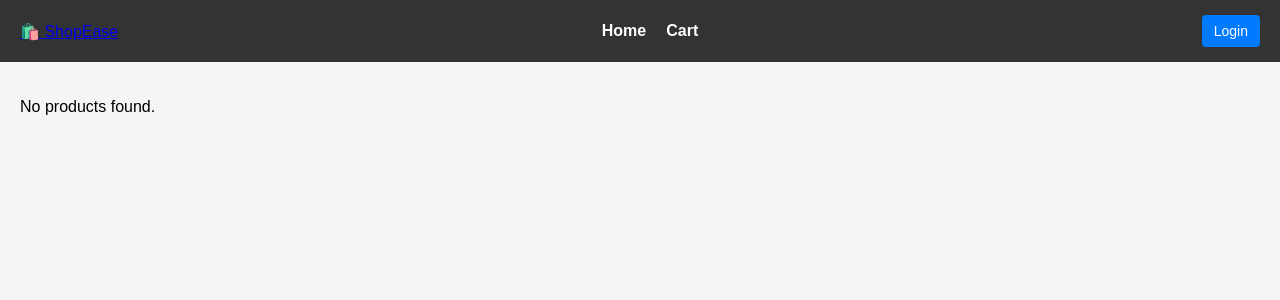
Repository: Hitesh8980/shop
Page: / (app in ecommerce-frontend/)
These files come from the project's save history. The page is drawn as it stood at one moment and after the next save; the edit follows.
The browser window is 1280 px wide. The pictures show the whole page.
The page's requests for data from a server got no answer. The project was rebuilt for these pictures with package versions that can differ from the ones it lists, and the page was loaded fresh each time. No one was signed in, and anything a server would have sent is missing. Also part of the build but not shown: ecommerce-frontend/vite.config.js, ecommerce-frontend/src/pages/Cart.jsx, ecommerce-frontend/src/utils/api.js, ecommerce-frontend/src/utils/razorpay.js, ecommerce-frontend/src/utils/auth.js, ecommerce-frontend/src/pages/Checkout.jsx, ecommerce-frontend/src/pages/Login.jsx, ecommerce-frontend/src/components/ProtectedRoute.jsx and 1 more.

Above is the page before, as saved 2025-03-18 20:57:34.

After the next save:
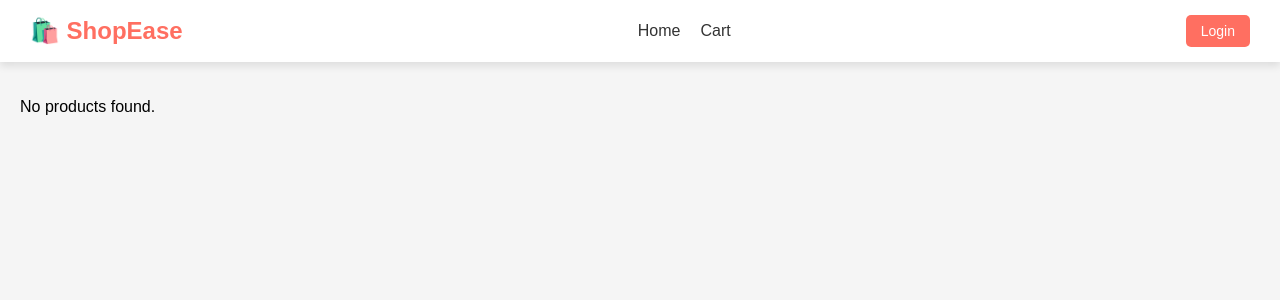
Saved 30 s later.
--- a/ecommerce-frontend/src/index.css
+++ b/ecommerce-frontend/src/index.css
@@ -7,47 +7,99 @@ body {
 }
 
 /* Navbar Styles */
+/* Navbar Container */
 .navbar {
   display: flex;
   justify-content: space-between;
   align-items: center;
-  background-color: #333;
-  padding: 15px 20px;
-  color: white;
+  background-color: #ffffff;
+  padding: 15px 30px;
+  box-shadow: 0px 4px 8px rgba(0, 0, 0, 0.1);
+  position: sticky;
+  top: 0;
+  z-index: 1000;
+}
+
+/* Logo */
+.logo a {
+  font-size: 24px;
+  font-weight: bold;
+  color: #ff6f61;
+  text-decoration: none;
+}
+
+/* Navigation Links */
+.nav-links {
+  display: flex;
+  gap: 20px;
 }
 
 .nav-links a {
-  margin-right: 20px;
+  font-size: 16px;
+  color: #333;
   text-decoration: none;
-  color: white;
-  font-weight: bold;
+  transition: color 0.3s ease-in-out;
 }
 
 .nav-links a:hover {
   color: #ff6f61;
 }
 
-.login-button, .logout-button {
-  padding: 8px 12px;
-  border: none;
-  background-color: #007bff;
-  color: white;
-  cursor: pointer;
-  font-size: 14px;
-  border-radius: 4px;
-}
-
+/* Cart Badge */
+.cart-link {
+  position: relative;
+}
+
+.cart-badge {
+  position: absolute;
+  top: -5px;
+  right: -10px;
+  background-color: red;
+  color: white;
+  font-size: 12px;
+  font-weight: bold;
+  border-radius: 50%;
+  padding: 3px 7px;
+}
+
+/* Auth Section */
+.auth-section {
+  display: flex;
+  align-items: center;
+  gap: 15px;
+}
+
+/* Buttons */
+.login-button,
 .logout-button {
-  background-color: #dc3545;
-}
-
-.login-button:hover {
-  background-color: #0056b3;
-}
-
+  background-color: #ff6f61;
+  color: white;
+  padding: 8px 15px;
+  border: none;
+  border-radius: 5px;
+  font-size: 14px;
+  cursor: pointer;
+  transition: background 0.3s ease;
+}
+
+.login-button:hover,
 .logout-button:hover {
-  background-color: #a71d2a;
-}
+  background-color: #e65b50;
+}
+
+/* User Menu */
+.user-menu {
+  display: flex;
+  align-items: center;
+  gap: 10px;
+}
+
+.user-name {
+  font-size: 14px;
+  font-weight: bold;
+  color: #333;
+}
+
 
 /* Product Card Styles */
 .product-card {
